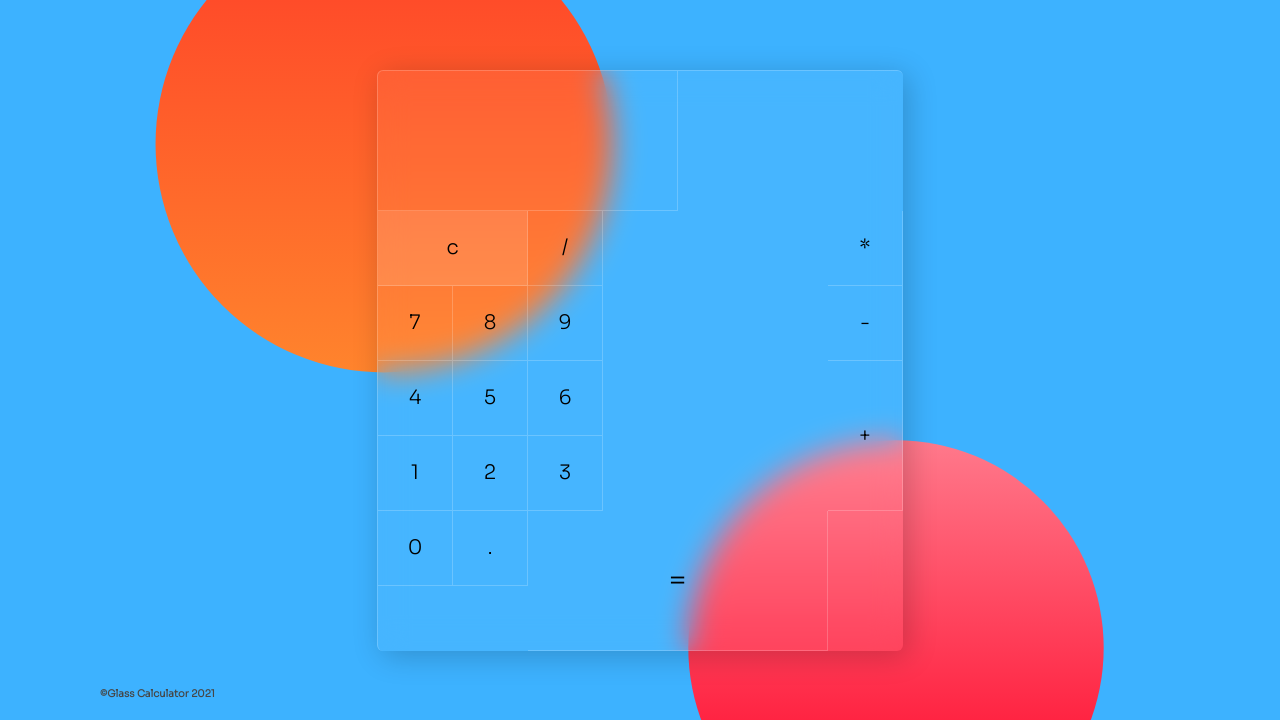
Repository: tharunkumaar404/Glass-Calci
Page: index.html
These files come from the project's save history. The page is drawn as it stood at one moment and after the next save; the edit follows.
The browser window is 1280 px wide. The pictures show the whole page.

Above is the page before, as saved 2021-08-26 15:32:50.

After the next save:
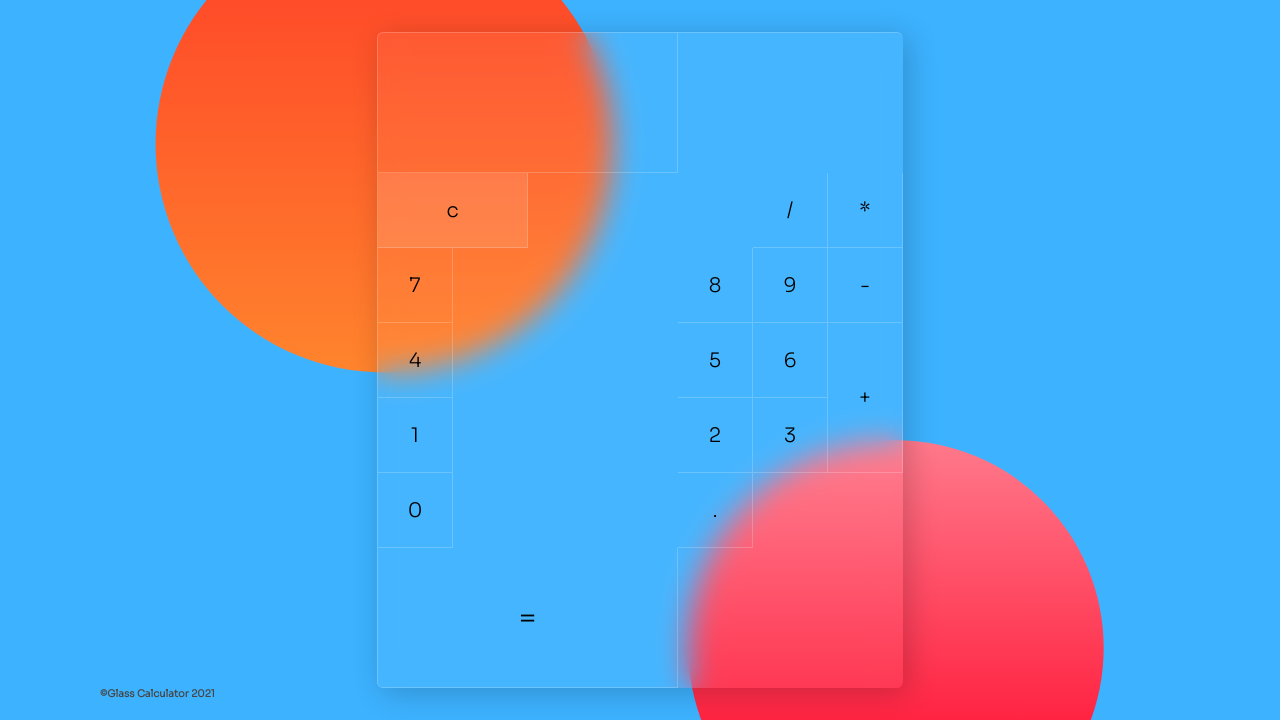
Saved 5 s later.
--- a/styles.css
+++ b/styles.css
@@ -73,7 +73,7 @@
 
 }
 .container .calculator .equal{
-    grid-column: span 1;
+    grid-column: 1;
     height: 140px;
     width:300px;
     text-align:right;

After the save that followed:
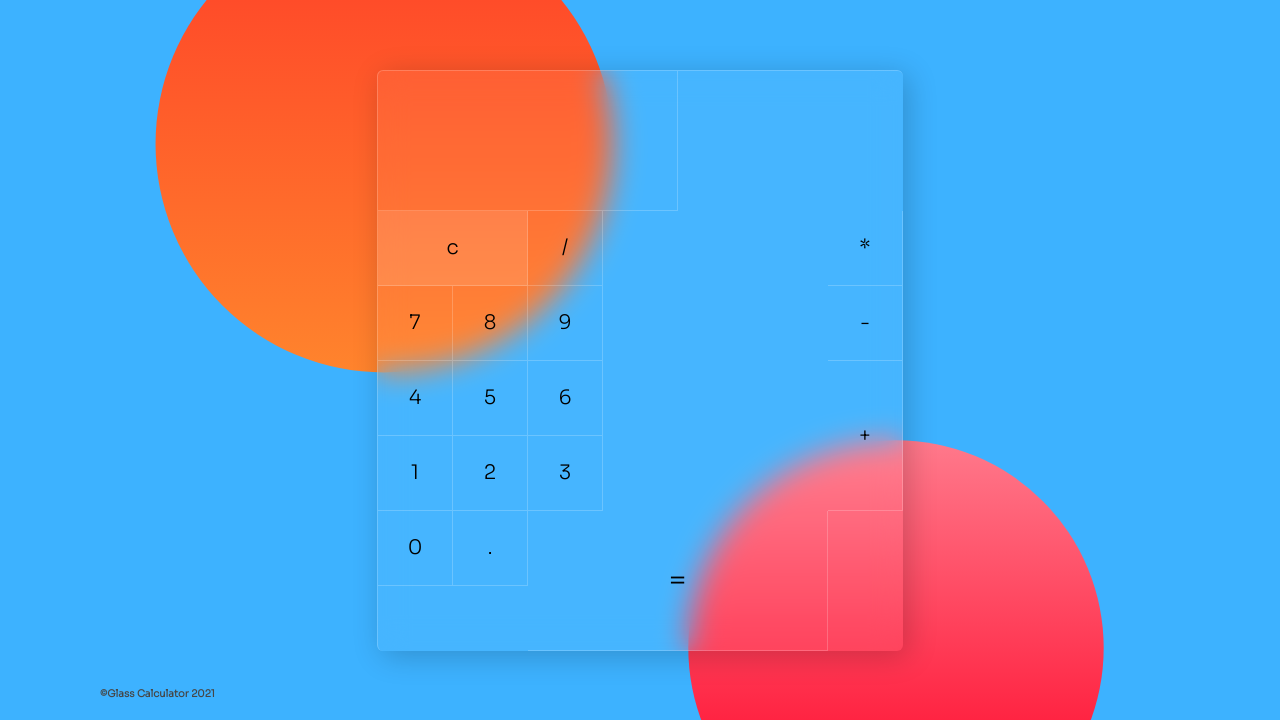
Saved 5 s later.
--- a/styles.css
+++ b/styles.css
@@ -73,7 +73,7 @@
 
 }
 .container .calculator .equal{
-    grid-column: 1;
+    grid-column: span 0.1;
     height: 140px;
     width:300px;
     text-align:right;
